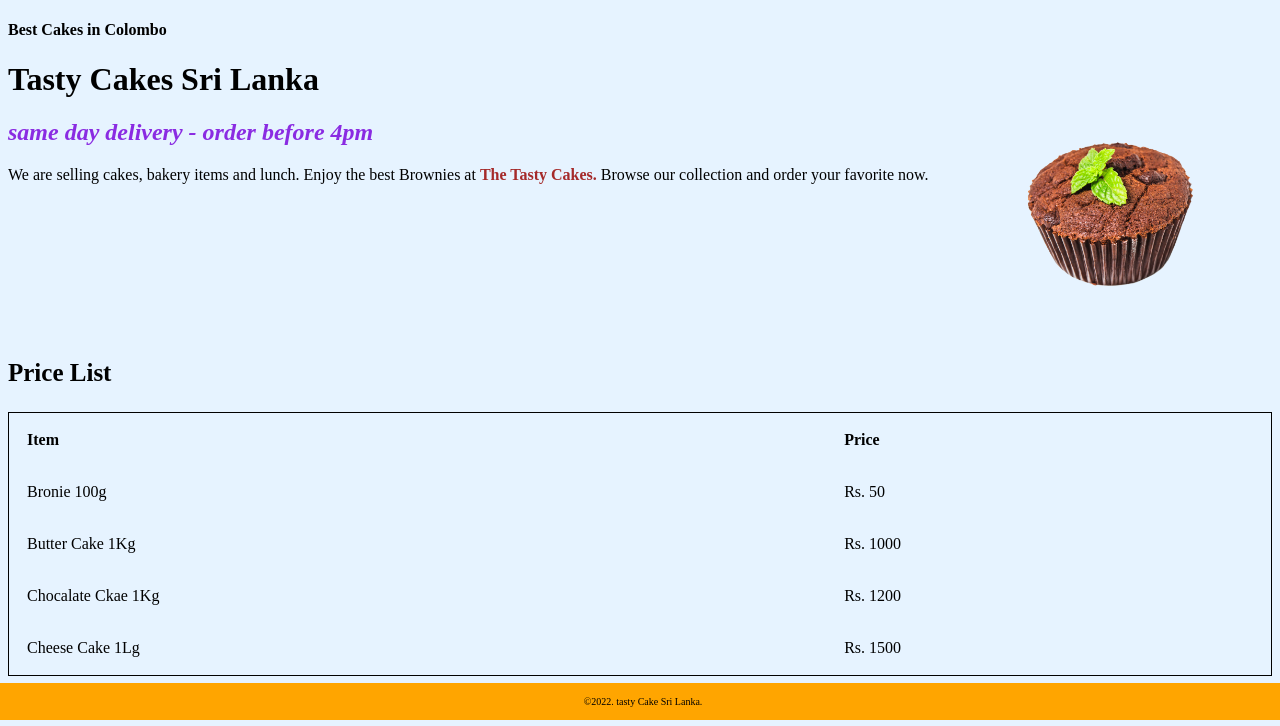
Repository: DhananjayaLakshan/Uom-Web_Design_For_Beginners
Page: work01/index.html
The author's editor kept a copy of each file at every save. The page is drawn from the files as they stood at one save, then again after the next save.
The browser window is 1280 px wide. The pictures show the whole page.

Above is the page before, as saved 2023-11-24 19:01:00.

### work01/index.html
<!DOCTYPE html>
<html lang="en">
<head>
    <title>Tasty Cakes Sri Lanka</title>
    <link rel="stylesheet" type="text/css" href="styles.css">
</head>
<body>
    <h4>Best Cakes in Colombo</h4>
    <h1>Tasty Cakes Sri Lanka</h1>

    <h2 class="tagline">same day delivery - order before 4pm </h2>
    <img src="image-01.png" width="320px" alt="cake picture">
    <p>We are selling cakes, bakery items and lunch. Enjoy the best Brownies at <strong style="color: brown;"> The Tasty Cakes.</strong>
        Browse our collection and order your favorite now.</p>



    <p class="pricetopic">Price List</p>
    <table>

        <tr>
            <th>Item</th>
            <th>Price</th>
        </tr>

        <tr>
            <td>Bronie 100g</td>
            <td>Rs. 50</td>
        </tr>

        <tr>
            <td>Butter Cake 1Kg</td>
            <td>Rs. 1000</td>
        </tr>

        <tr>
            <td>Chocalate Ckae 1Kg</td>
            <td>Rs. 1200</td>
        </tr>

        <tr>
            <td>Cheese Cake 1Lg</td>
            <td>Rs. 1500</td>
        </tr>

    </table>

    <footer>
        <p>&copy;2022. tasty Cake Sri Lanka.</p>
    </footer>


</body>
</html>

### work01/styles.css
body{
    background-color:#e6f3ff;
    padding: ;
}

.tagline{
    color: blueviolet;
    font-style: italic;
}

img{
    float: right;
    margin-top: -70px;
}

.pricetopic{
    padding-top: 150px;
    font-size: 25px;
    font-weight: bold;
}

table{
    border: 1px solid black;
    width: 100%;
    margin-bottom: 50px;

}

td,th{
    text-align: left;
    padding: 16px;
}

footer{
    text-align: center;
    font-family: 'Times New Roman', Times, serif;
    font-size: 10px;
    position: fixed;
    padding: 3px;
    background-color: orange;
    color:black;
    bottom: 0;
    left: 0;
    width: 100%;

}

After the next save:
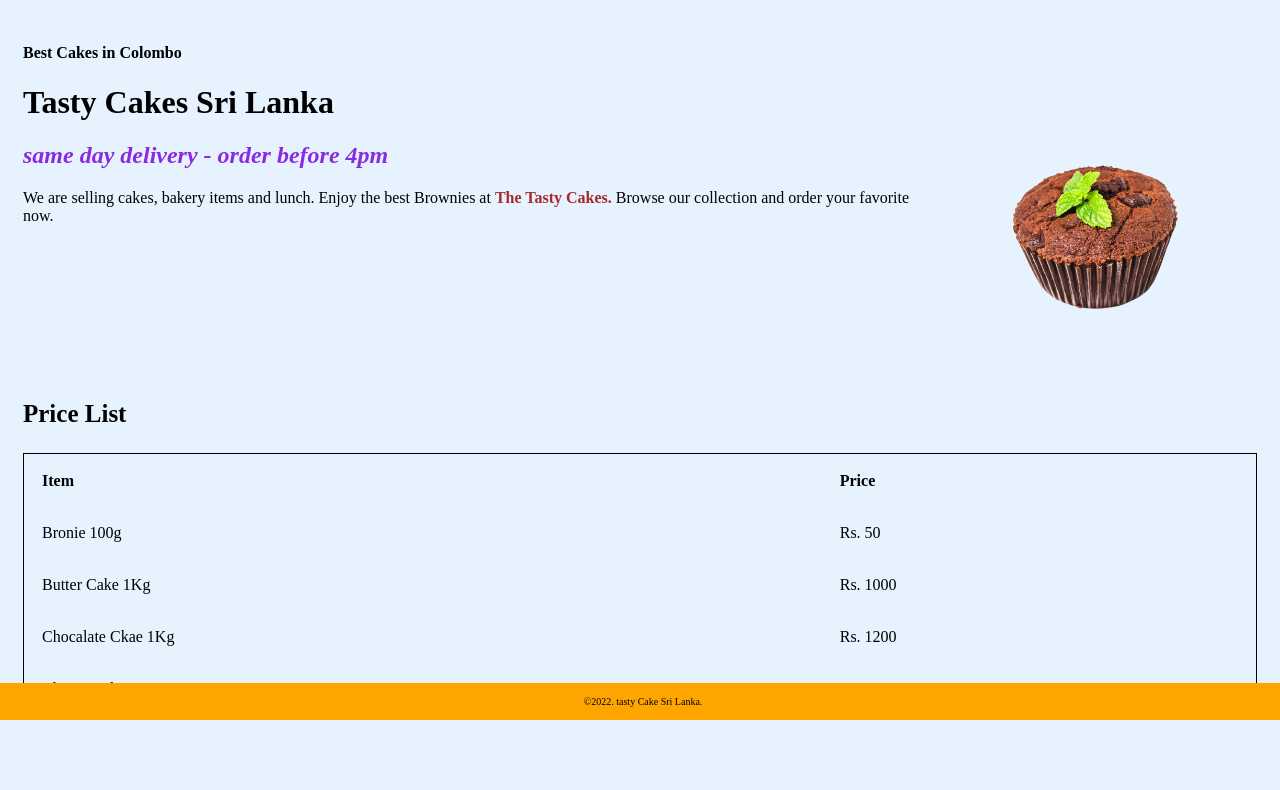
Saved 87 s later.
--- a/work01/styles.css
+++ b/work01/styles.css
@@ -1,6 +1,6 @@
 body{
     background-color:#e6f3ff;
-    padding: ;
+    padding: 15px;
 }
 
 .tagline{
